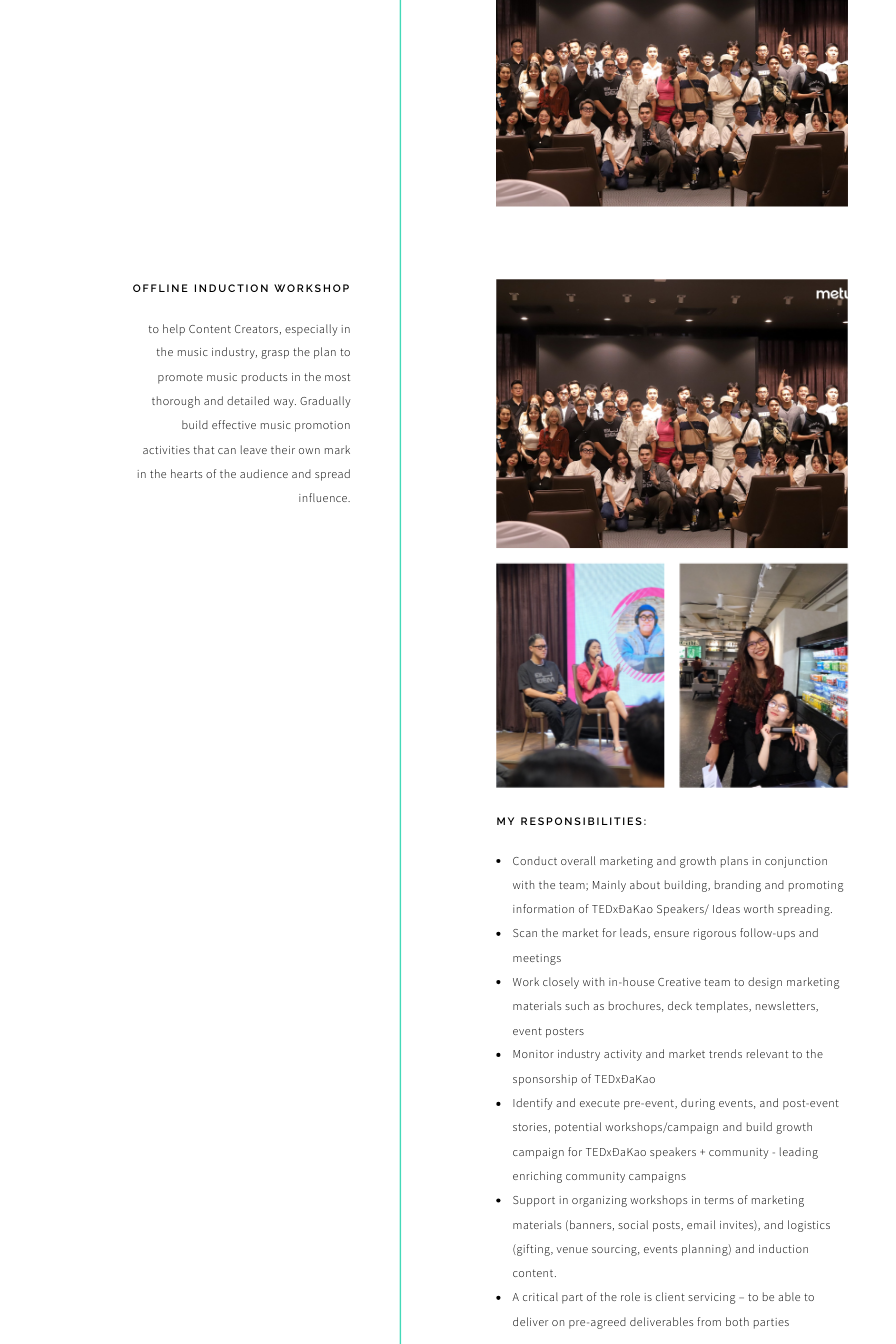
Repository: leonardin999/linh-porfolios
Page: index.html
The author's editor kept a copy of each file at every save. The page is drawn from the files as they stood at one save, then again after the next save.
The browser window is 1280 px wide. The pictures show the part of the page from y = 4580 to 6500 px (the page is 8693 px tall before and 8242 px after), at 70% of full size.

Above is the page before, as saved 2023-01-24 21:02:14.

After the next save:
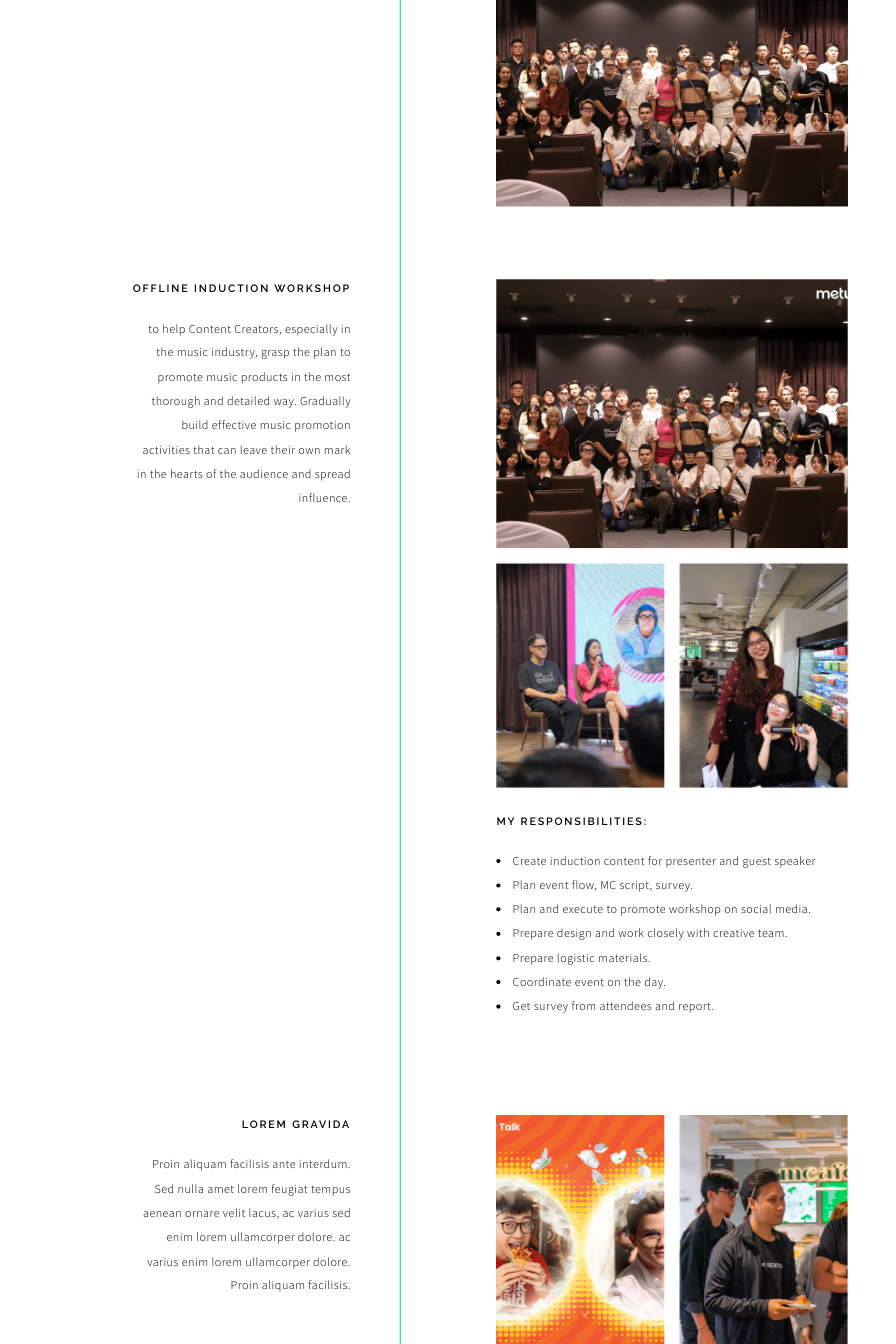
Saved 115 s later.
--- a/index.html
+++ b/index.html
@@ -172,16 +172,17 @@
                   ><img src="images/gallery/thumbs/07.jpg" alt=""
                 /></a>
               </div>
+
               <br>
               <h4><strong>My responsibilities:</strong></h4>
               <ul class="">
-                <li class="">Conduct overall marketing and growth plans in conjunction with the team; Mainly about building, branding and promoting information of TEDxĐaKao Speakers/ Ideas worth spreading.</li>
-                <li class="">Scan the market for leads, ensure rigorous follow-ups and meetings</li>
-                <li class="">Work closely with in-house Creative team to design marketing materials such as brochures, deck templates, newsletters, event posters</li>
-                <li class="">Monitor industry activity and market trends relevant to the sponsorship of TEDxĐaKao</li>
-                <li class="">Identify and execute pre-event, during events, and post-event stories, potential workshops/campaign and build growth campaign for TEDxĐaKao speakers + community - leading enriching community campaigns</li>
-                <li class="">Support in organizing workshops in terms of marketing materials (banners, social posts, email invites), and logistics (gifting, venue sourcing, events planning) and induction content.</li>
-                <li class="">A critical part of the role is client servicing – to be able to deliver on pre-agreed deliverables from both parties</li>
+                <li class="">Create induction content for presenter and guest speaker</li>
+                <li class="">Plan event flow, MC script, survey.</li>
+                <li class="">Plan and execute to promote workshop on social media.</li>
+                <li class="">Prepare design and work closely with creative team.</li>
+                <li class="">Prepare logistic materials.</li>
+                <li class="">Coordinate event on the day.</li>
+                <li class="">Get survey from attendees and report.</li>
               </ul>
             </div>
 
